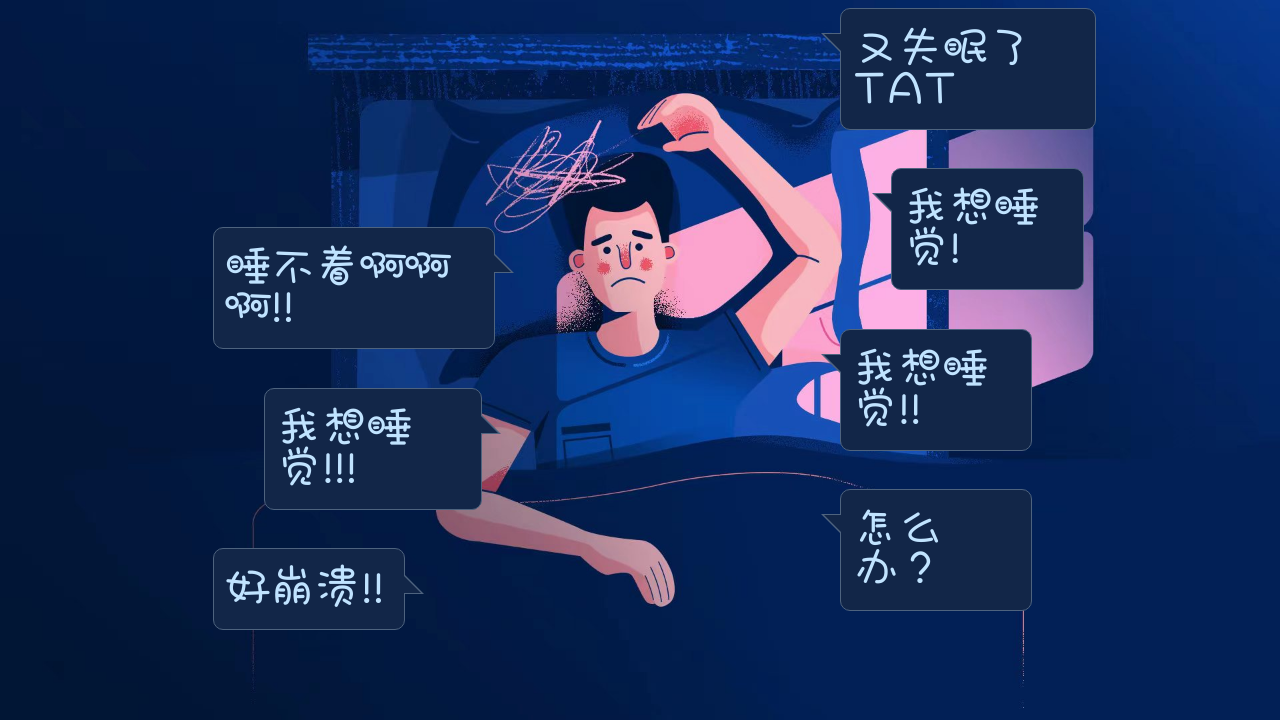
Repository: chjyume/zhongyi
Page: index2.html
These files come from the project's save history. The page is drawn as it stood at one moment and after the next save; the edit follows.
The browser window is 1280 px wide. The page is 1288 px wide, so the pictures cover 1288 px, including what lies to the right of the window. The pictures show the whole page.

Above is the page before, as saved 2023-06-26 09:23:04.

After the next save:
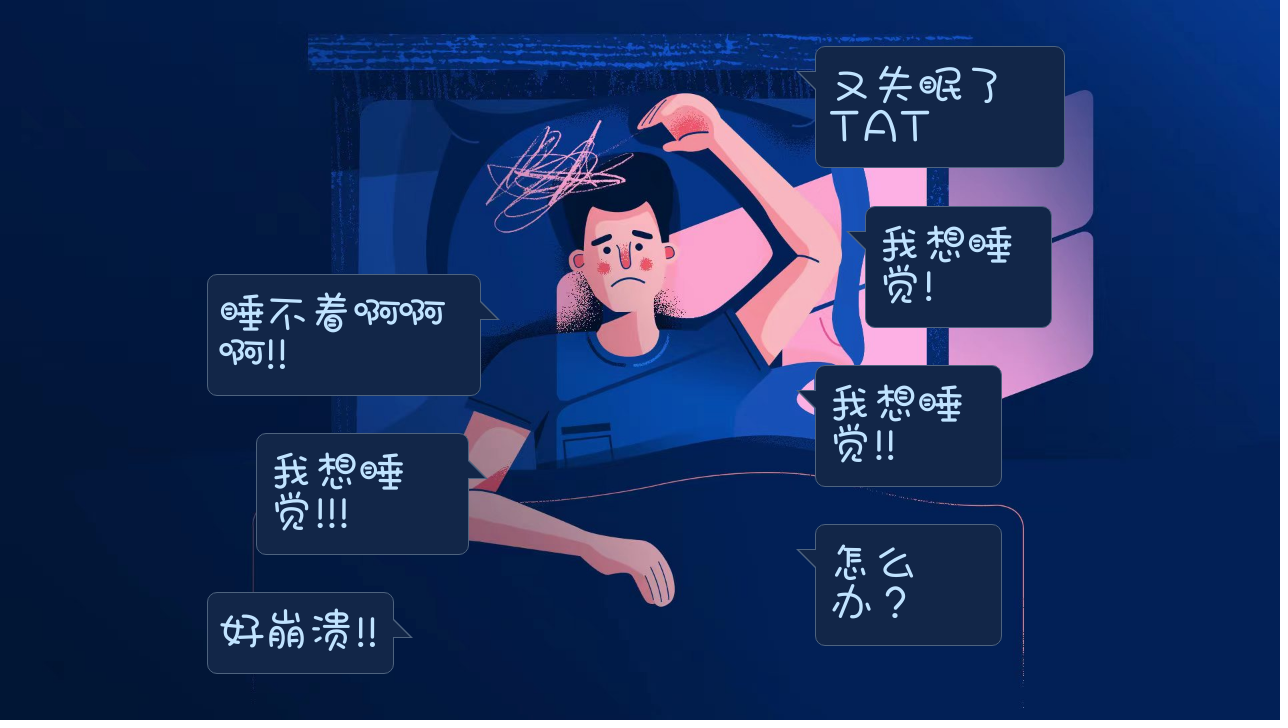
Saved 3 min 53 s later.
--- a/index2.html
+++ b/index2.html
@@ -21,7 +21,7 @@
 	}
 	</style>
 	<body>
-		<div class="man">
+		<div class="man" id="text5">
 		<div class="bubble1" id="text1"  tabindex="1" style="width: calc(18%)">又失眠了TAT</div>
 		<div class="bubble1" id="text2"  tabindex="1" style="width: calc(13%)">我想睡觉!</div>
 		<div class="bubble1" id="text4"  tabindex="1" style="width: calc(13%)">我想睡觉!!</div>
--- a/css/index2.css
+++ b/css/index2.css
@@ -133,10 +133,9 @@
   animation: rebubble 3s ease-out 0s 1 normal forwards;
 }
 
-#text5:focus{
-  animation: man 2s linear 0s 1 normal forwards;
-}
-
+  #text5:focus{
+    animation: man 2s linear 0s 1 normal forwards;
+  }
 
 @keyframes rebubble {
   0% {

After the save that followed:
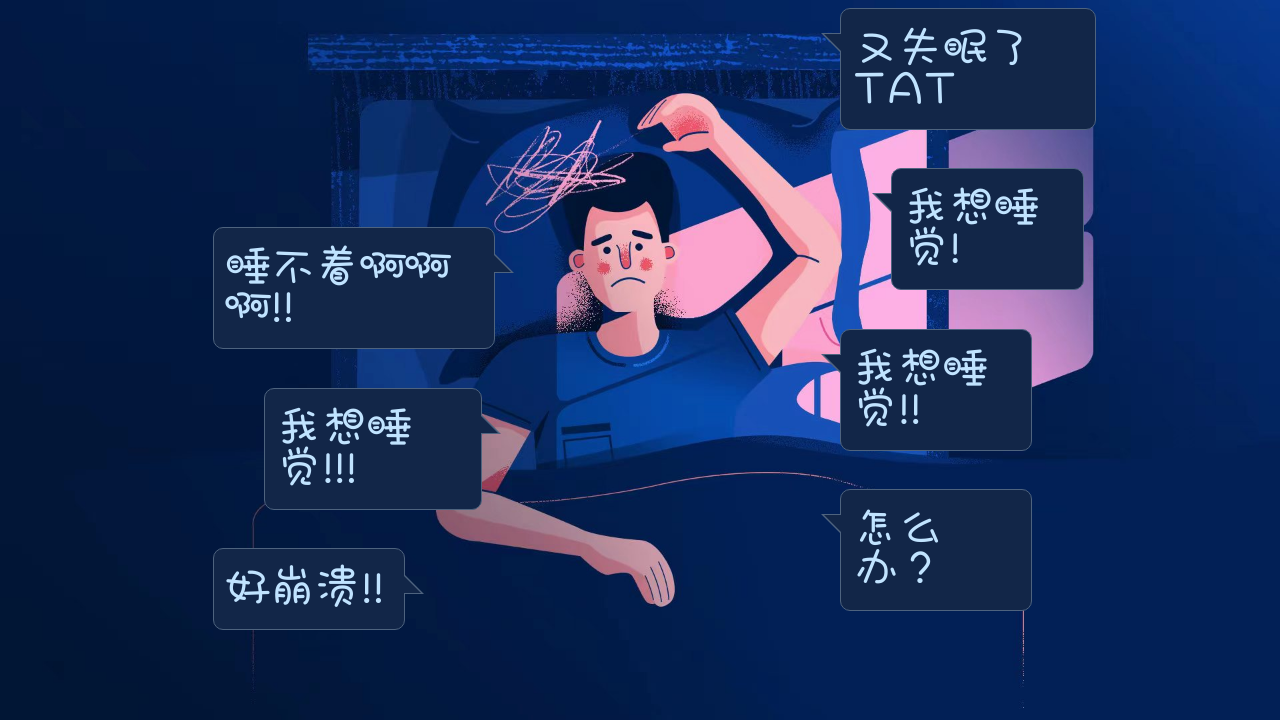
Saved 8 min 16 s later.
--- a/index2.html
+++ b/index2.html
@@ -21,7 +21,7 @@
 	}
 	</style>
 	<body>
-		<div class="man" id="text5">
+		<div class="man" tabindex="1">
 		<div class="bubble1" id="text1"  tabindex="1" style="width: calc(18%)">又失眠了TAT</div>
 		<div class="bubble1" id="text2"  tabindex="1" style="width: calc(13%)">我想睡觉!</div>
 		<div class="bubble1" id="text4"  tabindex="1" style="width: calc(13%)">我想睡觉!!</div>
--- a/css/index2.css
+++ b/css/index2.css
@@ -133,7 +133,7 @@
   animation: rebubble 3s ease-out 0s 1 normal forwards;
 }
 
-  #text5:focus{
+  #text5:has(>.man:focus){
     animation: man 2s linear 0s 1 normal forwards;
   }
 
